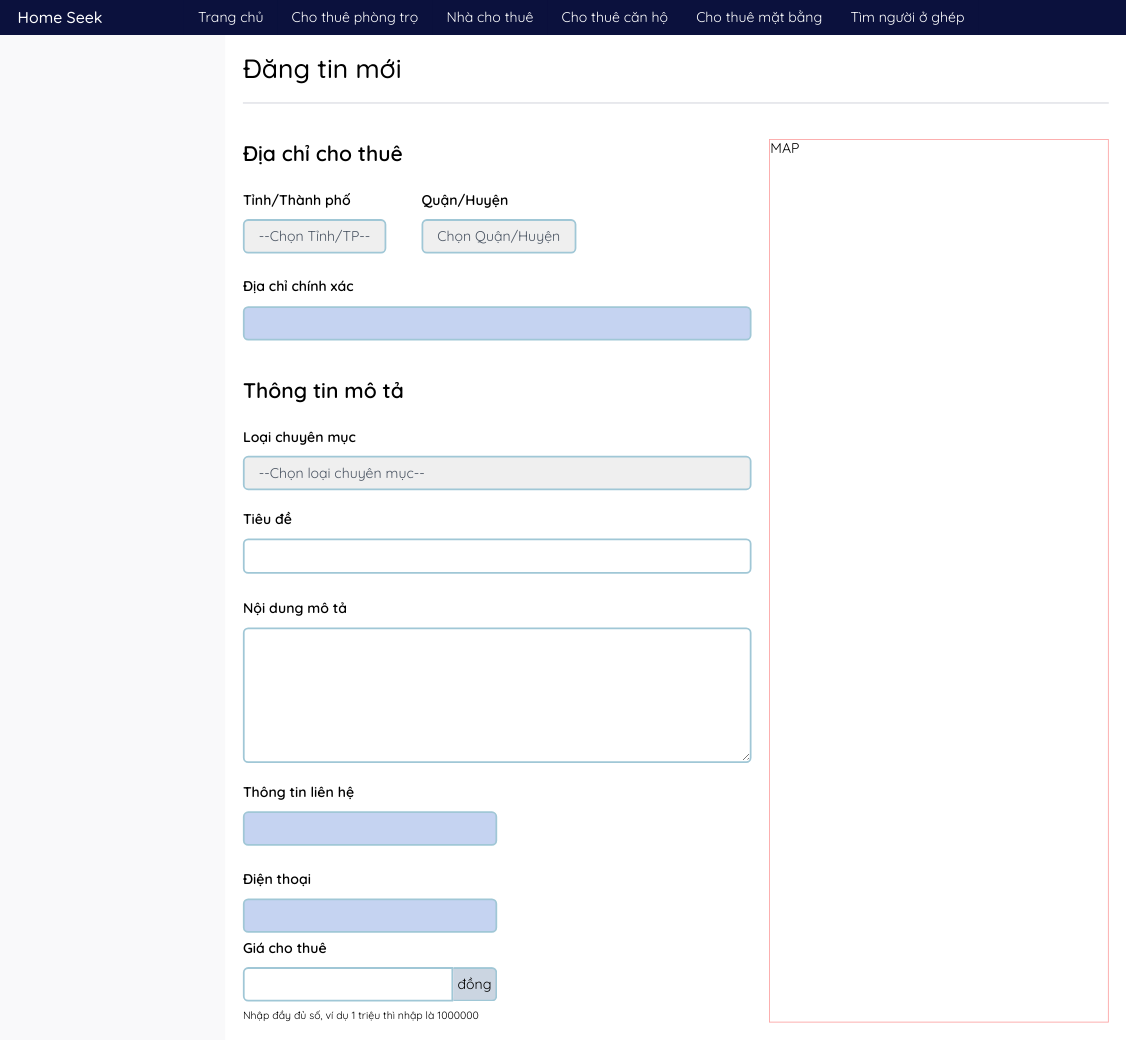
Repository: ajincome26/homeseek
Page: /create (app in client/)
These files come from the project's save history. The page is drawn as it stood at one moment and after the next save; the edit follows.
The browser window is 1280 px wide. The pictures show the whole page, at 88% of full size.
The page's requests for data from a server got no answer. The project was rebuilt for these pictures with package versions that can differ from the ones it lists, and the page was loaded fresh each time. Some packages were replaced by stand-ins written for this rebuild. No one was signed in, and anything a server would have sent is missing. Also part of the build but not shown: client/vite.config.ts, client/src/components/Footer/Footer.tsx, client/src/components/Button/Button.tsx, client/src/components/Button/index.ts, client/src/utils/utils.tsx, client/src/components/MainHeader/components/User.tsx, client/src/components/Popover/Popover.tsx, client/src/components/Popover/index.ts and 15 more.

Above is the page before, as saved 2024-01-11 04:46:01.

After the next save:
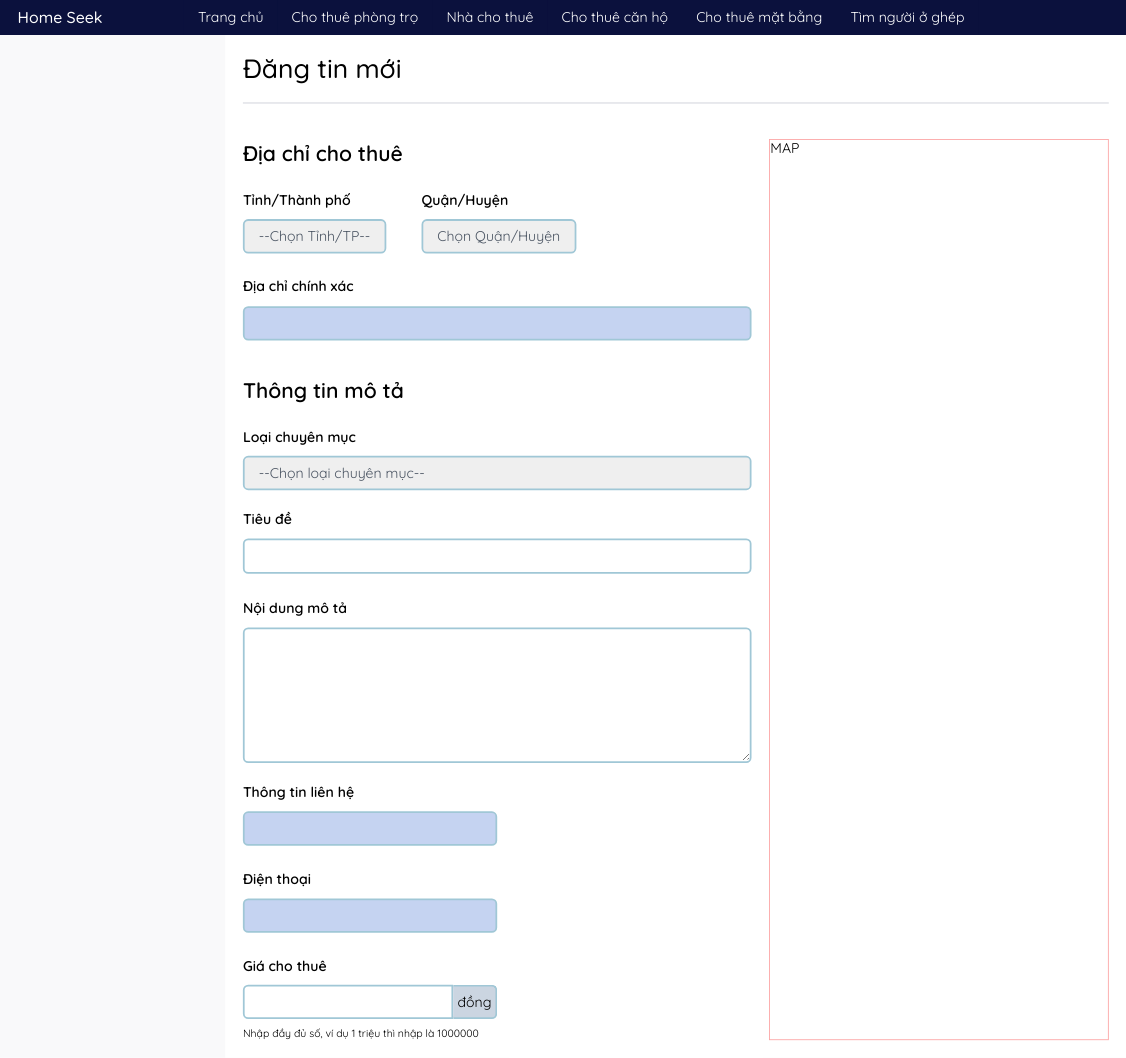
Saved 19 s later.
--- a/client/src/pages/CreatePostPage/components/Overview.tsx
+++ b/client/src/pages/CreatePostPage/components/Overview.tsx
@@ -66,7 +66,7 @@ const Overview = () => {
             <Label textColor='text-black' htmlFor='phone'>
               Điện thoại
             </Label>
-            <InputReadOnly id='phone' data={''} />
+            <InputReadOnly className='mb-5' id='phone' data={''} />
           </Field>
           <Field>
             <Label textColor='text-black' htmlFor='price'>
